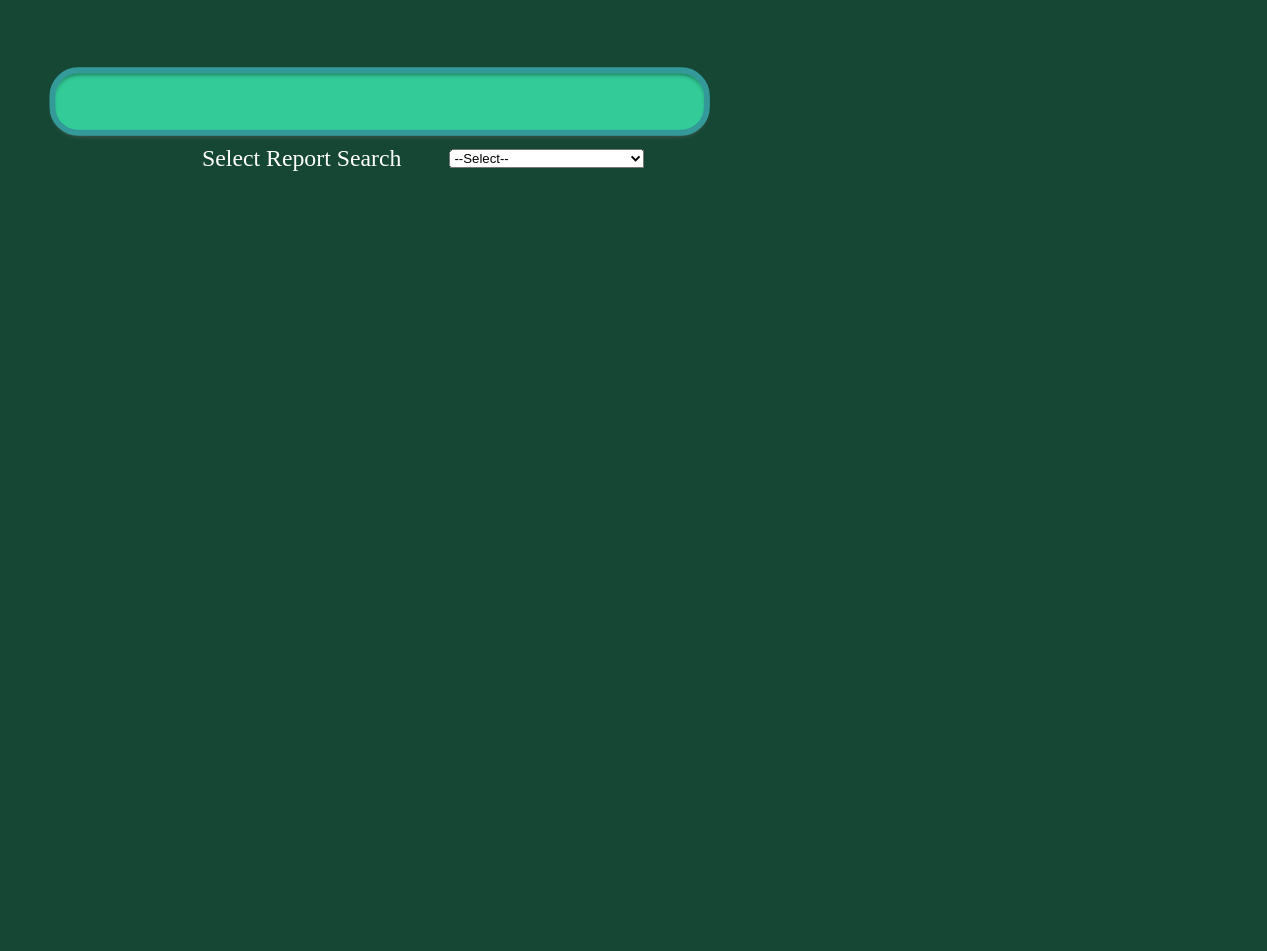
Repository: prajaktamore/Web-Based-Programming-3
Page: http://localhost/BinaryCalculator/AdminAwardChange.jsp
These files come from the project's save history. The page is drawn as it stood at one moment and after the next save; the edit follows.
The browser window is 1280 px wide. The pictures show the whole page, at 99% of full size.
The page is served by Tomcat 9.

Above is the page before, as saved 2014-05-03 03:56:10.

After the next save:
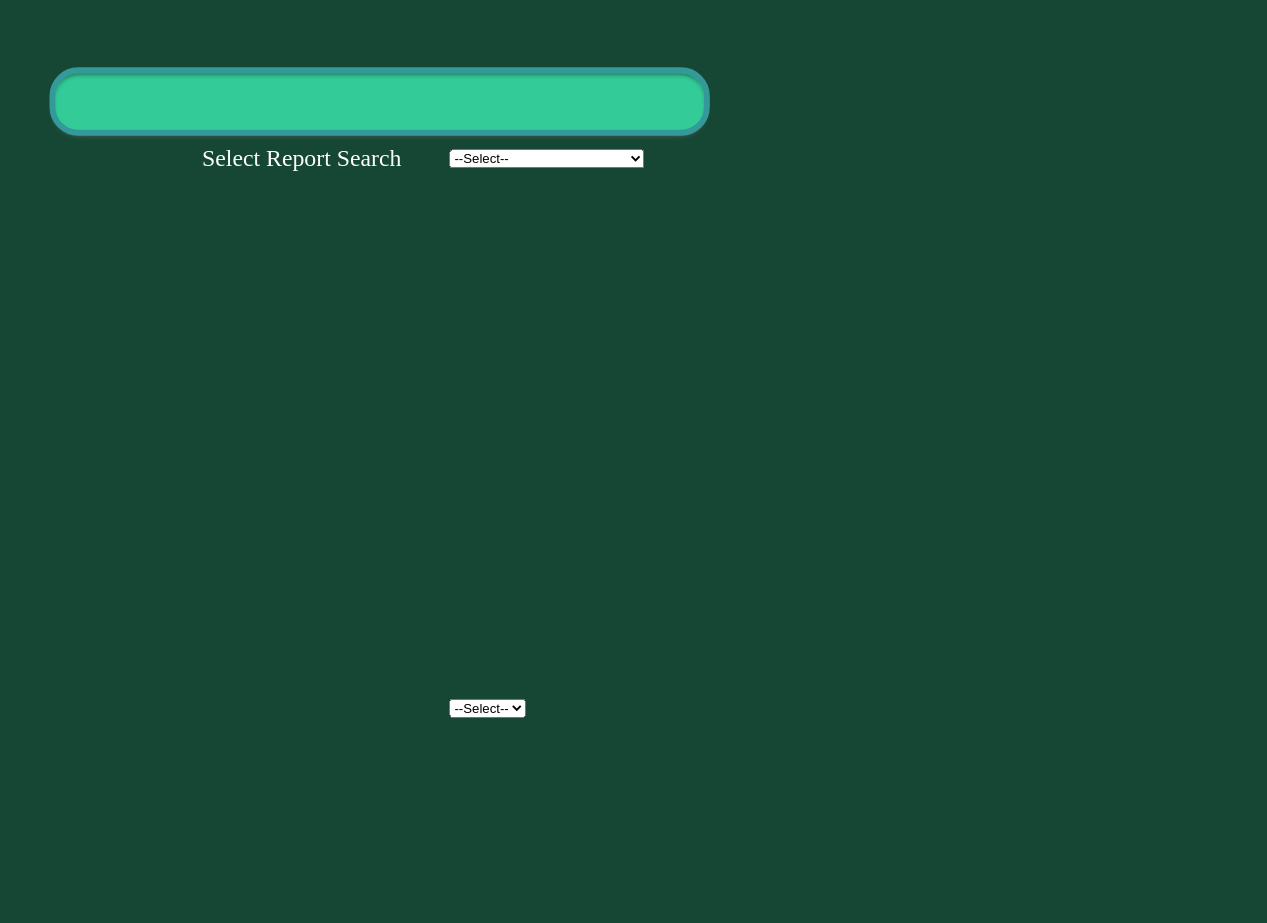
Saved 2 min 52 s later.
--- a/BinaryCalculator/WebContent/AdminAwardChange.jsp
+++ b/BinaryCalculator/WebContent/AdminAwardChange.jsp
@@ -64,7 +64,16 @@
  			</tr>
  			<tr>
 					 <td height="40" align="center"> <label id="lr8" style="color:#ffffff;font-size:24px;visibility:hidden;" >Award Selection</label> </td>
-             		 <td align="center"> <input id="r8" name="r8" onchange="validateform8()" type="text" style ="visibility:hidden;background: #33CC99; height:55px; width: 600px;text-align:right;font-size:35px; border-radius: 2em; border:6px solid #339999;border-radius:29px; color: #fff; padding-left: 1.5em; outline: none; box-shadow: 0 4px 6px -5px hsl(0, 0%, 40%), inset 0px 4px 6px -5px hsl(0, 0%, 2%)"/></td>
+
+
+					 <td>
+ 					    <select name="r8" id="r8" onchange="validateform7()">
+					        <OPTION  value="-1" label="--Select--" selected="selected">
+					        <core:forEach items="${sessionScope.aawardname}" var="dt" varStatus="status">
+					            <option value="${dt}">${dt}</option>
+					        </core:forEach>
+					    </select>
+					    </td>
  			</tr>
  			<tr>
 					 <td height="40" align="center"> <label id="lr9" style="color:#ffffff;font-size:24px;visibility:hidden;" >No of results(min 1, max 100)</label> </td>
